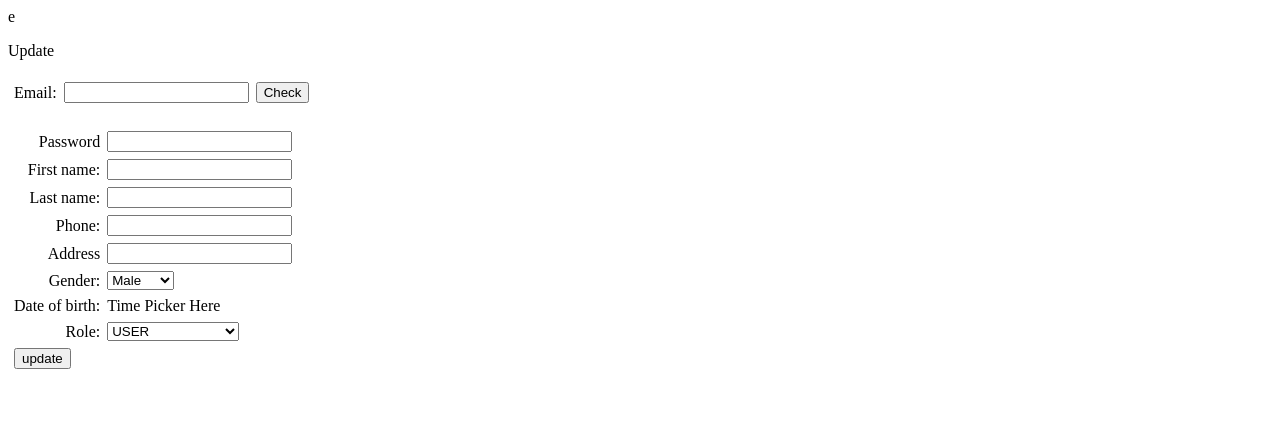
Repository: pffdota04/cuahang
Page: http://localhost/CuaHang/Views/Admin/container/account/update.jsp
These files come from the project's save history. The page is drawn as it stood at one moment and after the next save; the edit follows.
The browser window is 1280 px wide. The pictures show the whole page.
The page is served by Tomcat 9. Other server files are loaded and not shown.

Above is the page before, as saved 2020-11-12 07:27:24.

### CuaHang/WebContent/Views/Admin/container/account/update.jsp
e<%@ page language="java" contentType="text/html; charset=ISO-8859-1"
	pageEncoding="ISO-8859-1"%>
<!DOCTYPE html>
<html>
<head>
<meta charset="ISO-8859-1">
<title>Insert title here</title>
</head>
<body>
	<div class="update">

		<p>Update</p>
		<form action="${pageContext.request.contextPath}/fill-By-Email"
			method="post">
			<table cellspacing="5">
				<tr>
					<td align="right">Email:</td>
					<td><input type="text" name="email"></td>
					<td class="CheckButton"><input type="submit" value="Check"
						name="Check" /></td>
				</tr>
			</table>
		</form>
		<form action="${pageContext.request.contextPath}/update-account"
			method="post">
			<table cellspacing="5">
				<tr>
					<td align="right">Password</td>
					<td><input type="text" name="pass"></td>
				</tr>
				<tr>
					<td align="right">First name:</td>
					<td><input type="text" name="firstname"></td>
				</tr>
				<tr>
					<td align="right">Last name:</td>
					<td><input type="text" name="lastname"></td>
				</tr>
				<tr>
					<td align="right">Phone:</td>
					<td><input type="text" name="phone"></td>
				</tr>
				<tr>
					<td align="right">Address</td>
					<td><input type="text" name="address"></td>
				</tr>
				<tr>
					<td align="right">Gender:</td>
					<td><select name="gender">
							<%
								for (int sex = 0; sex < 2; sex++) {
							%>
							<option value="<%=sex%>">
								<%
									if (sex == 0) {
								%>Male<%
									}
								%>
								<%
									if (sex == 1) {
								%>Female<%
									}
								%>
							</option>
							<%
								}
							%>
					</select></td>
				<tr>
					<td>Date of birth:</td>
					<td>Time Picker Here</td>
				</tr>
				<tr>
					<td align="right">Role:</td>
					<td><select name="role">
							<%
								for (int role = 0; role < 3; role++) {
							%>
							<option value="<%=role%>">
								<%
									if (role == 0) {
								%>USER<%
									}
								%>
								<%
									if (role == 1) {
								%>SALEPERSON<%
									}
								%>
								<%
									if (role == 2) {
								%>ADMINISTRATOR<%
									}
								%>
							</option>
							<%
								}
							%>
					</select></td>
				<tr>

					<td><input type="submit" value="update"></td>
				</tr>
			</table>
		</form>
	</div>

</body>
</html>

After the next save:
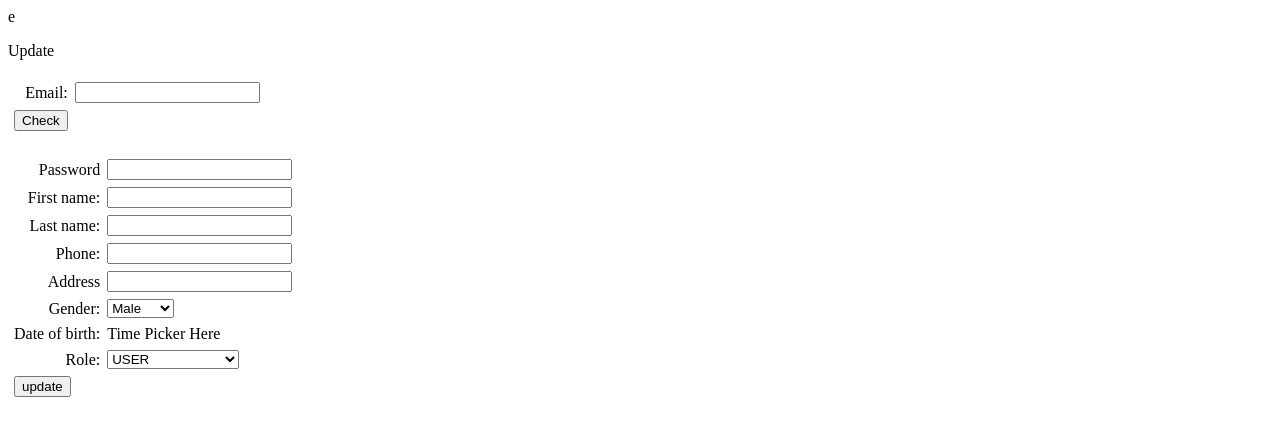
Saved 43 s later.
--- a/CuaHang/WebContent/Views/Admin/container/account/update.jsp
+++ b/CuaHang/WebContent/Views/Admin/container/account/update.jsp
@@ -16,9 +16,10 @@ e<%@ page language="java" contentType="text/html; charset=ISO-8859-1"
 				<tr>
 					<td align="right">Email:</td>
 					<td><input type="text" name="email"></td>
-					<td class="CheckButton"><input type="submit" value="Check"
+
+				</tr>
+				<td class="CheckButton"><input type="submit" value="Check"
 						name="Check" /></td>
-				</tr>
 			</table>
 		</form>
 		<form action="${pageContext.request.contextPath}/update-account"
